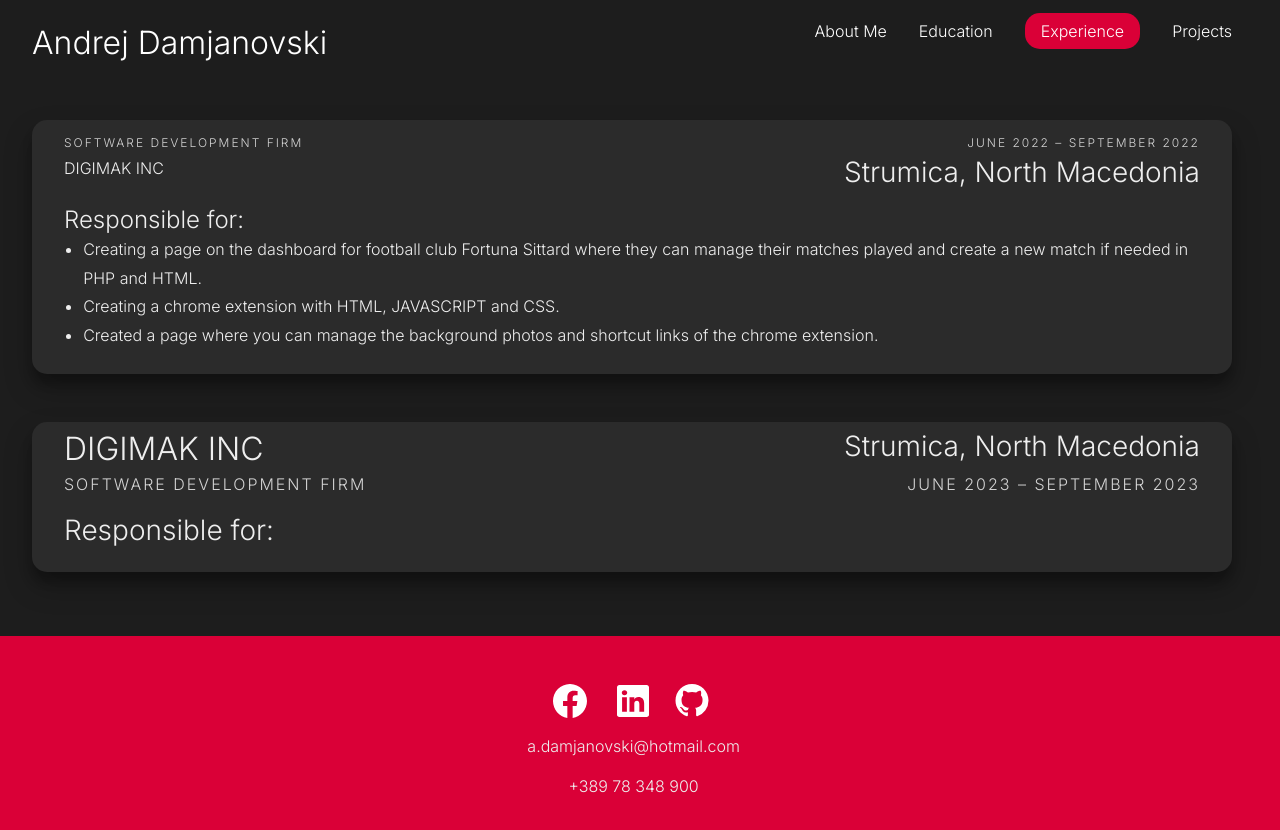
Repository: ADamjanovski/portfolio
Page: experience.html
An editor plug-in stored every save of this project. The page is shown before and after the next save, followed by the edit.
The browser window is 1280 px wide. The pictures show the whole page.

Above is the page before, as saved 2023-07-03 12:01:12.

### experience.html
<!DOCTYPE html>
<html lang="en">
<head>
    <meta charset="UTF-8">
    <meta name="viewport" content="width=device-width, initial-scale=1.0">
    <title>Experience</title>
    <link rel="preconnect" href="https://fonts.googleapis.com">
    <link rel="preconnect" href="https://fonts.gstatic.com" crossorigin>
    <link href="https://fonts.googleapis.com/css2?family=Inter:wght@300&display=swap" rel="stylesheet">
    <link href="https://cdn.jsdelivr.net/npm/bootstrap@5.3.0/dist/css/bootstrap.min.css" rel="stylesheet" integrity="sha384-9ndCyUaIbzAi2FUVXJi0CjmCapSmO7SnpJef0486qhLnuZ2cdeRhO02iuK6FUUVM" crossorigin="anonymous">
    <link rel="stylesheet" href="style.css">
</head>
<body>
    <div class="navbar">
        <h2><a href="index.html">Andrej Damjanovski</a></h2>
        <div >
            <ul class="navbar-links">
                <li ><a href="aboutme.html" >About Me</a></li>
                <li><a href="education.html">Education</a></li>
                <li><a href="experience.html" class="active">Experience</a></li>
                <li><a href="projects.html">Projects</a></li>
            </ul>
        </div>
        <button class="navbar-toggler icon" type="button" data-bs-toggle="offcanvas" data-bs-target="#offcanvasDarkNavbar" aria-controls="offcanvasDarkNavbar" aria-label="Toggle navigation">
            <span class=""><svg fill="#FFFFFF" xmlns="http://www.w3.org/2000/svg"  viewBox="0 0 50 50" width="30px" height="30px" ><path d="M 0 9 L 0 11 L 50 11 L 50 9 Z M 0 24 L 0 26 L 50 26 L 50 24 Z M 0 39 L 0 41 L 50 41 L 50 39 Z"/></svg></span>
          </button>
    </div>
    <div class="offcanvas offcanvas-end text-bg-dark" tabindex="-1" id="offcanvasDarkNavbar" aria-labelledby="offcanvasDarkNavbarLabel">
        <div class="offcanvas-header color flex-end">
            <button type="button" class="btn-close btn-close-white" data-bs-dismiss="offcanvas" aria-label="Close"></button>
        </div>
        <div class="offcanvas-body color">
            <ul class="navbar-nav justify-content-end flex-grow-1 pe-3">
                <li class="nav-item">
                  <a class=" margin nav-link " aria-current="page" href="aboutme.html">About Me</a>
                </li>
                <li class="margin nav-item">
                  <a class="nav-link " href="education.html">Education</a>
                </li>
                <li class=" nav-item">
                    <a class="nav-link active" href="experience.html">Experience</a>
                </li>
                <li class="margin nav-item">
                <a class="nav-link" href="projects.html">Projects</a>
                </li>
            </ul>
        </div>
    </div>
    <div class="job-description">
        <div class="role">
            <p class="my-role">Software Development Firm</p>
            <p>June 2022 – September 2022</p>
        </div>
        <div class="Company-details">
            <p class="company-title">DIGIMAK INC</p>
            <h3>Strumica, North Macedonia</h3>
        </div>
        <div class="responsible">
            <h4>Responsible for:</h4>
            <ul>
                <li>Creating a page on the dashboard for football club Fortuna Sittard where they can manage their matches played and create a new match if needed in PHP and HTML.</li>
                <li>Creating a chrome extension with HTML, JAVASCRIPT and CSS.</li>
                <li>Created a page where you can manage the background photos and shortcut links of the chrome extension.</li>
            </ul>

        </div>
    </div>
    <div class="job-description">
        <div class="Company-details">
            <h2>DIGIMAK INC</h2>
            <h3>Strumica, North Macedonia</h3>
        </div>
        <div class="role">
            <h6>Software Development Firm</h6>
            <h6>June 2023 – September 2023</h6>
        </div>
        <div class="responsible">
            <h3>Responsible for:</h3>
        </div>
    </div>
    <footer>
        <a href="https://www.facebook.com/andrej.damjanovska"><svg xmlns="http://www.w3.org/2000/svg" width="50" height="34" fill="currentColor" class="bi bi-facebook" viewBox="0 0 16 16">
            <path d="M16 8.049c0-4.446-3.582-8.05-8-8.05C3.58 0-.002 3.603-.002 8.05c0 4.017 2.926 7.347 6.75 7.951v-5.625h-2.03V8.05H6.75V6.275c0-2.017 1.195-3.131 3.022-3.131.876 0 1.791.157 1.791.157v1.98h-1.009c-.993 0-1.303.621-1.303 1.258v1.51h2.218l-.354 2.326H9.25V16c3.824-.604 6.75-3.934 6.75-7.951z"/>
          </svg></a>
        <a  href="https://www.linkedin.com/in/andrej-damjanovski"><svg xmlns="http://www.w3.org/2000/svg" width="50" height="32" fill="currentColor" class="bi bi-linkedin linkedin" viewBox="0 0 16 16">
            <path d="M0 1.146C0 .513.526 0 1.175 0h13.65C15.474 0 16 .513 16 1.146v13.708c0 .633-.526 1.146-1.175 1.146H1.175C.526 16 0 15.487 0 14.854V1.146zm4.943 12.248V6.169H2.542v7.225h2.401zm-1.2-8.212c.837 0 1.358-.554 1.358-1.248-.015-.709-.52-1.248-1.342-1.248-.822 0-1.359.54-1.359 1.248 0 .694.521 1.248 1.327 1.248h.016zm4.908 8.212V9.359c0-.216.016-.432.08-.586.173-.431.568-.878 1.232-.878.869 0 1.216.662 1.216 1.634v3.865h2.401V9.25c0-2.22-1.184-3.252-2.764-3.252-1.274 0-1.845.7-2.165 1.193v.025h-.016a5.54 5.54 0 0 1 .016-.025V6.169h-2.4c.03.678 0 7.225 0 7.225h2.4z"/>
          </svg></a>
        <a href="https://github.com/ADamjanovski"><svg xmlns="http://www.w3.org/2000/svg" width="60" height="33" fill="currentColor" class="bi bi-github" viewBox="0 0 16 16">
            <path d="M8 0C3.58 0 0 3.58 0 8c0 3.54 2.29 6.53 5.47 7.59.4.07.55-.17.55-.38 0-.19-.01-.82-.01-1.49-2.01.37-2.53-.49-2.69-.94-.09-.23-.48-.94-.82-1.13-.28-.15-.68-.52-.01-.53.63-.01 1.08.58 1.23.82.72 1.21 1.87.87 2.33.66.07-.52.28-.87.51-1.07-1.78-.2-3.64-.89-3.64-3.95 0-.87.31-1.59.82-2.15-.08-.2-.36-1.02.08-2.12 0 0 .67-.21 2.2.82.64-.18 1.32-.27 2-.27.68 0 1.36.09 2 .27 1.53-1.04 2.2-.82 2.2-.82.44 1.1.16 1.92.08 2.12.51.56.82 1.27.82 2.15 0 3.07-1.87 3.75-3.65 3.95.29.25.54.73.54 1.48 0 1.07-.01 1.93-.01 2.2 0 .21.15.46.55.38A8.012 8.012 0 0 0 16 8c0-4.42-3.58-8-8-8z"/>
          </svg></a>
        <p class="email">a.damjanovski@hotmail.com</p>
        <p>+389 78 348 900</p>
    </footer>
    <script src="https://cdn.jsdelivr.net/npm/bootstrap@5.3.0/dist/js/bootstrap.bundle.min.js" integrity="sha384-geWF76RCwLtnZ8qwWowPQNguL3RmwHVBC9FhGdlKrxdiJJigb/j/68SIy3Te4Bkz" crossorigin="anonymous"></script>

</body>
</html>

### style.css
body{
    background-color: #1D1D1D;
    color:rgb(238, 238, 238);
    height: 70vh;
    overflow-x:hidden;
}
*{
    font-family: 'Outfit','Inter', sans-serif;
}
a{
    text-decoration: none;
    color:white;
}
.home-body{
    background-color: #2b2b2b;
    display: flex;
    justify-content: space-around;
    height: inherit;
    align-items: center;
    margin:0rem 3rem 0rem 3rem;
    border-radius: 15px;
    box-shadow: rgba(0, 0, 0, 0.25) 0px 14px 28px, rgba(0, 0, 0, 0.22) 0px 10px 10px;;
}
#programmer-img{
    width: 500px;
}

#home-name{
    margin-top: 7rem;
    text-align: center;

}
.navbar{
    display: flex;
    height: 10vh;
    justify-content: space-between;
}
.navbar h2{
    margin-left: 2rem;
    margin-top:1rem;
}
.navbar-links{

    margin-right: 3rem;
    display: flex;
    gap: 2rem;
    list-style-type: none;
    font-size: 1rem;
    justify-content: space-around;
}
#personalimg{

    border-radius: 50%;
}
.aboutme-body{
    margin: 3rem;
    display: flex;
    justify-content:space-around;

}
.text{
    padding: 3rem 5rem 5rem 0rem;
    background-color: #2b2b2b;
    margin-right: 7rem;
    border-radius: 15px;
    font-size: 1rem;
    line-height: 2;
    text-align: justify;
    box-shadow: rgba(0, 0, 0, 0.25) 0px 14px 28px, rgba(0, 0, 0, 0.22) 0px 10px 10px;;
}
.aboutme-body p{
    margin-left: 3rem;
}
footer{
    margin-top:4rem;
    background-color: #DA0037;
    width: 99vw;
    padding-top: 3rem;
    padding-bottom: 1rem;
    text-align: center;
    box-shadow: 0 50vh 0 50vh #DA0037;
    align-content: center;
}
.linkedin{
    margin-left:.5rem;
}
.active{
    border-radius: 15px;
    padding: .5rem;
    padding-inline: 1rem;
    background-color: #DA0037;
}

.education-body{
    background-color: #2b2b2b;
    margin: 1rem 3rem 1rem 2rem;
    padding: 1rem 0rem 3rem 3rem;
    border-radius: 15px;
    line-height: 2;
    box-shadow: rgba(0, 0, 0, 0.25) 0px 14px 28px, rgba(0, 0, 0, 0.22) 0px 10px 10px;;
}
.Company-details{
    display: flex;
    justify-content: space-between;

}

.job-description{
    margin:3rem 3rem 0rem 2rem;
    background-color: #2b2b2b;
    padding:.5rem 2rem 1.5rem 2rem;
    border-radius: 15px;
    box-shadow: rgba(0, 0, 0, 0.25) 0px 14px 28px, rgba(0, 0, 0, 0.22) 0px 10px 10px;;
}

.role{
    display: flex;
    justify-content: space-between;
    text-transform: uppercase;
    margin-bottom: 0px;
    padding-bottom: 0px;
}
.Company-details *{
    padding:0px;
    margin:0px;
}

.job-description *{
    padding:0px;
    margin:0px;
}
.role *{
    color :lightgrey;
    letter-spacing: 2px;

    padding:0rem;
    margin:.4rem 0 0.25rem 0;
}

.role > p {
    font-size:0.75rem;
}

.responsible{
    line-height: 1.8rem;
    margin-top: 1rem;
}

.project{
    display: flex;
    align-items: center;
    justify-content: space-between;
    margin:3rem 3rem 3rem 2rem;
    background-color: #2b2b2b;
    padding:.5rem 2rem 1.5rem 2rem;
    border-radius: 15px;
    box-shadow: rgba(0, 0, 0, 0.25) 0px 14px 28px, rgba(0, 0, 0, 0.22) 0px 10px 10px;;
}
.project-details{
    display: flex;
    justify-content: space-between;
}

.project-logo{
    margin-right: 4rem;
}
.icon{

    display: none;
    border-color: rgb(238, 238, 238);
}

@media screen and (max-width: 850px) {

    .navbar-links{
        display: none;
    }

    .icon{
        display: flex;
        margin-right: 3rem;
    }
    .active{
        display: inline-block;
        margin-top:.4rem;

    }
    .margin{
        margin-left: 1rem;
    }

}
@media screen and (max-width:1030px) {
    .aboutme-body{
        width: 100%;
        flex-direction: column-reverse;
        align-items: center;
        gap:3rem;
    }
    #personalimg{
        align-self:center;
        margin-right: 5rem;
    }
    .project-logo{
        margin-right: 2rem;
        margin-left: 1rem;
    }

}
.color{
    background-color: #2b2b2b;
}
.email{
    margin-top:1rem;
}
.responsible ul{
    margin-left: 1.2rem;
}
.flex-end{
    display: flex;
    justify-content: flex-end;
    padding-right: 1.5rem;
}

After the next save:
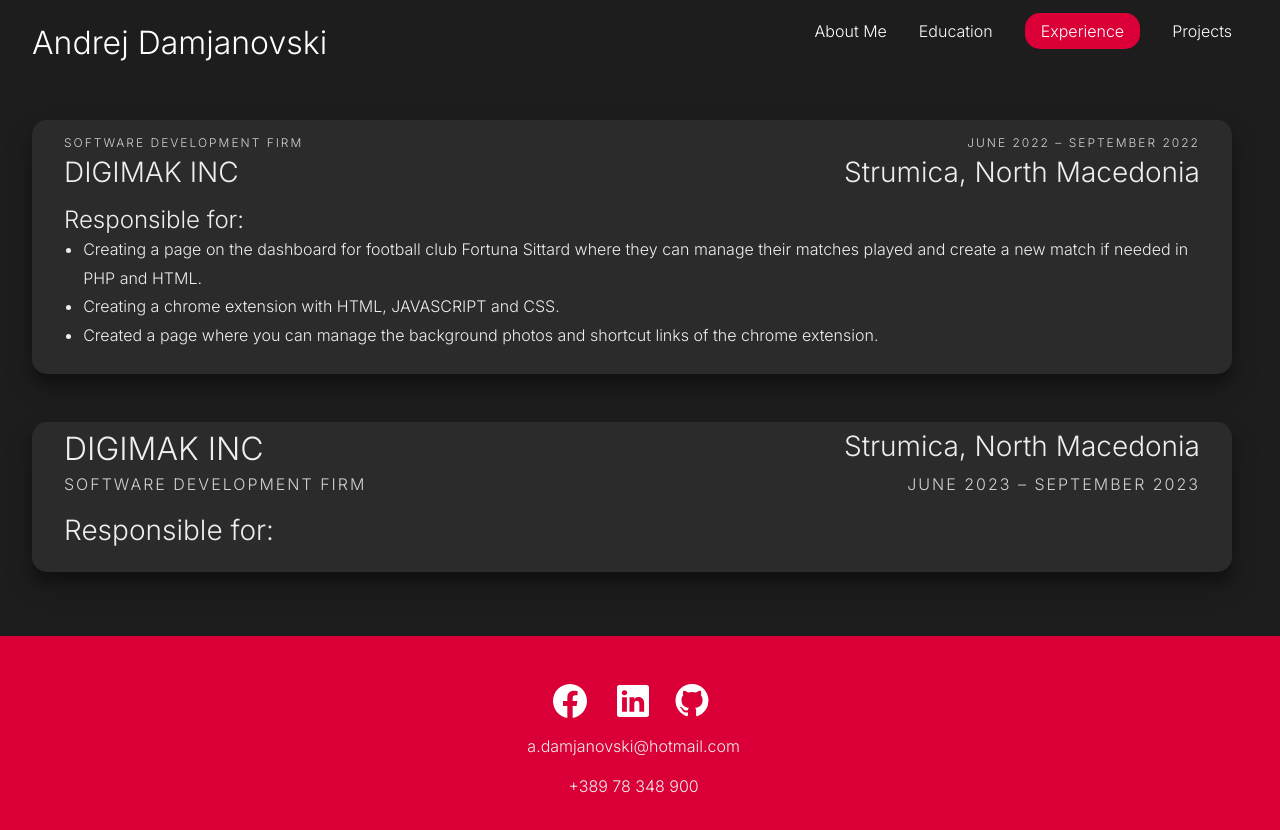
Saved 9 s later.
--- a/experience.html
+++ b/experience.html
@@ -52,7 +52,7 @@
             <p>June 2022 – September 2022</p>
         </div>
         <div class="Company-details">
-            <p class="company-title">DIGIMAK INC</p>
+            <h3>DIGIMAK INC</h3>
             <h3>Strumica, North Macedonia</h3>
         </div>
         <div class="responsible">
